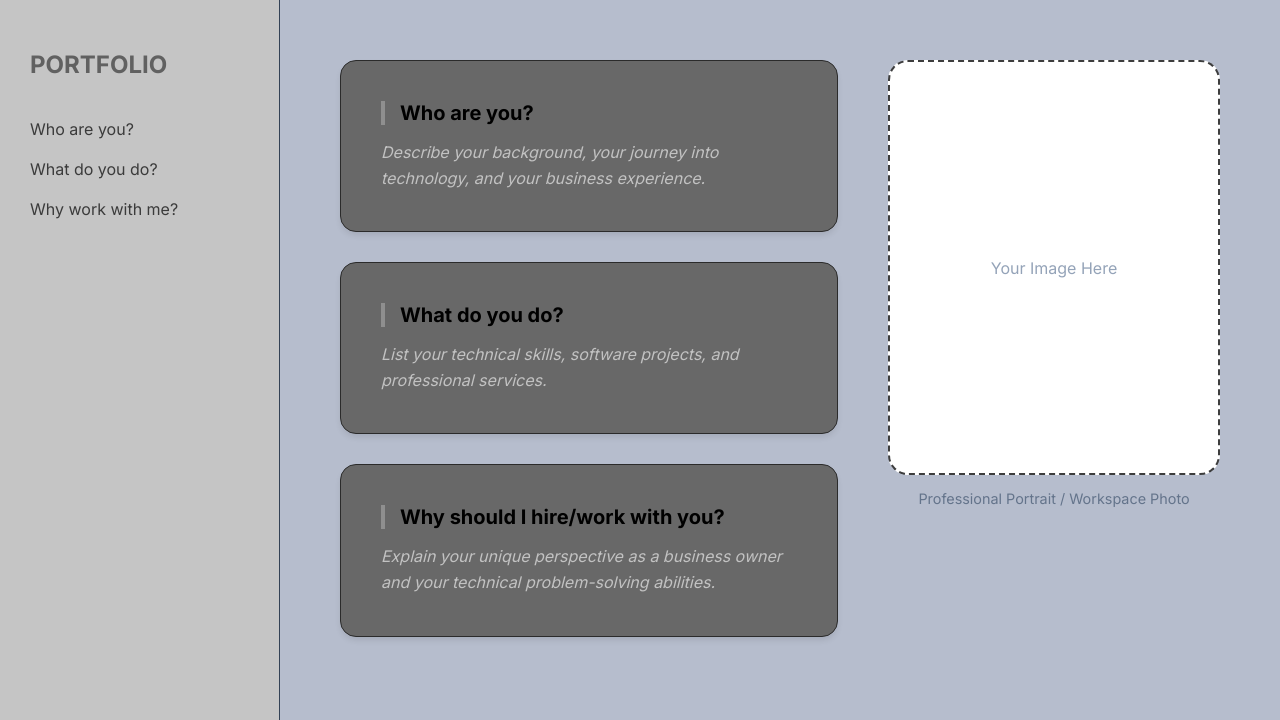
Repository: KevinSamaha/Kevin_Samaha
Page: index.html
These files come from the project's save history. The page is drawn as it stood at one moment and after the next save; the edit follows.
The browser window is 1280 px wide. The pictures show the whole page.

Above is the page before, as saved 2026-05-03 16:18:30.

### index.html
<!DOCTYPE html>
<html lang="en">
<head>
    <meta charset="UTF-8">
    <meta name="viewport" content="width=device-width, initial-scale=1.0">
    <title>Personal Portfolio</title>
    <!-- Linking to your CSS file -->
    <link rel="stylesheet" href="style.css">
    <!-- Google Fonts for a professional look -->
    <link href="https://fonts.googleapis.com/css2?family=Inter:wght@300;400;700&display=swap" rel="stylesheet">
</head>
<body>

    <header>
        <div class="logo">PORTFOLIO</div>
        <nav>
            <ul>
                <li><a href="#who">Who are you?</a></li>
                <li><a href="#what">What do you do?</a></li>
                <li><a href="#why">Why work with me?</a></li>
            </ul>
        </nav>
    </header>

    <main>
        <!-- Left Side: Your Questions -->
        <div class="questions-column">
            <section class="content-box">
                <h2>Who are you?</h2>
                <div class="placeholder">
                    Describe your background, your journey into technology, and your business experience.
                </div>
            </section>

            <section class="content-box">
                <h2>What do you do?</h2>
                <div class="placeholder">
                    List your technical skills, software projects, and professional services.
                </div>
            </section>

            <section class="content-box">
                <h2>Why should I hire/work with you?</h2>
                <div class="placeholder">
                    Explain your unique perspective as a business owner and your technical problem-solving abilities.
                </div>
            </section>
        </div>

        <!-- Right Side: Your Photo -->
        <div class="image-column">
            <div class="profile-container">
                <div class="profile-frame">
                    <!-- To use your photo: replace the span below with <img src="yourphoto.jpg"> -->
                    <span style="color: #94a3b8;">Your Image Here</span>
                </div>
                <p class="image-hint">Professional Portrait / Workspace Photo</p>
            </div>
        </div>
    </main>

</body>
</html>

### style.css
/* General Reset */
* {
    margin: 0;
    padding: 0;
    box-sizing: border-box;
}

body {
    font-family: 'Inter', sans-serif;
    background-color: #b6bdcd; /* Dark Navy */
    color: #636363;
    display: flex;
    min-height: 100vh;
    overflow-x: hidden;
}

/* 1. Sidebar Navigation */
header {
    width: 280px;
    height: 100vh;
    background-color: #c5c5c5;
    border-right: 1px solid #334155;
    padding: 50px 30px;
    position: fixed;
    left: 0;
    top: 0;
    display: flex;
    flex-direction: column;
}

.logo {
    font-size: 1.5rem;
    font-weight: 700;
    color: #616161;
    margin-bottom: 40px;
}

nav ul {
    list-style: none;
}

nav ul li {
    margin-bottom: 20px;
}

nav a {
    text-decoration: none;
    color: #3b3b3b;
    font-size: 1rem;
    transition: color 0.3s ease;
}

nav a:hover {
    color: #848484;
}

/* 2. Main Content Container */
main {
    margin-left: 280px; /* Space for the sidebar */
    width: 100%;
    display: flex;
    padding: 60px;
    gap: 50px;
}

/* Left Column: The Questions */
.questions-column {
    flex: 1.2;
    display: flex;
    flex-direction: column;
    gap: 30px;
}

.content-box {
    background-color: #686868;
    padding: 40px;
    border-radius: 16px;
    border: 1px solid #2b2b2b;
    box-shadow: 0 4px 6px -1px rgba(0, 0, 0, 0.1);
}

h2 {
    font-size: 1.25rem;
    margin-bottom: 15px;
    color: #000000;
    border-left: 4px solid #8f8f8f;
    padding-left: 15px;
}

.placeholder {
    color: #c2c2c2;
    font-style: italic;
    line-height: 1.6;
}

/* Right Column: The Image Area */
.image-column {
    flex: 0.8;
    display: flex;
    justify-content: center;
    align-items: flex-start;
}

.profile-container {
    width: 100%;
    max-width: 400px;
    position: sticky;
    top: 60px;
}

.profile-frame {
    width: 100%;
    aspect-ratio: 4 / 5;
    background-color: #ffffff;
    border: 2px dashed #3d3d3d;
    border-radius: 20px;
    display: flex;
    align-items: center;
    justify-content: center;
    overflow: hidden;
}

.profile-frame img {
    width: 100%;
    height: 100%;
    object-fit: cover;
}

.image-hint {
    color: #64748b;
    text-align: center;
    font-size: 0.9rem;
    margin-top: 15px;
}

/* Responsive design for tablets and phones */
@media (max-width: 1024px) {
    body { flex-direction: column; }
    header { width: 100%; height: auto; position: relative; border-right: none; border-bottom: 1px solid #334155; }
    main { margin-left: 0; flex-direction: column; padding: 30px; }
    .profile-container { position: relative; top: 0; max-width: 100%; }
    .image-column { order: -1; }
}

After the next save:
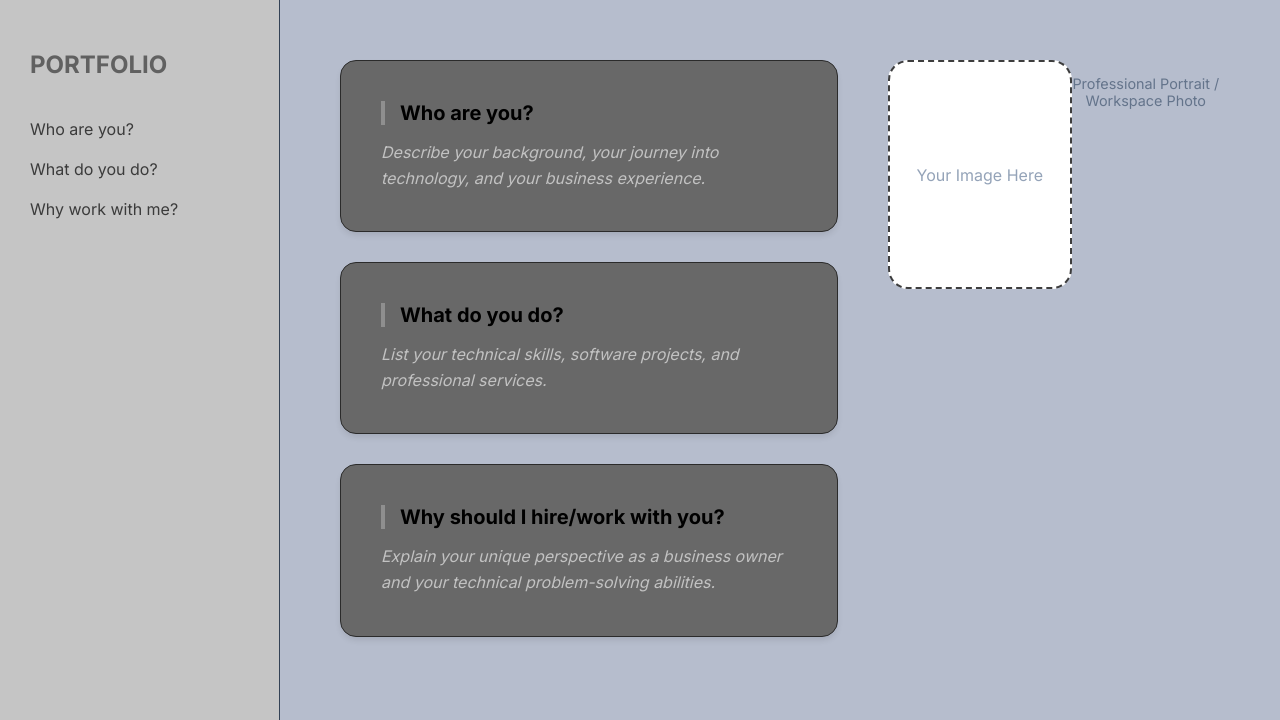
Saved 2 min 7 s later.
--- a/index.html
+++ b/index.html
@@ -48,14 +48,12 @@
         </div>
 
         <!-- Right Side: Your Photo -->
-        <div class="image-column">
-            <div class="profile-container">
+        <div class="image-column", class="profile-container">
                 <div class="profile-frame">
                     <!-- To use your photo: replace the span below with <img src="yourphoto.jpg"> -->
                     <span style="color: #94a3b8;">Your Image Here</span>
                 </div>
                 <p class="image-hint">Professional Portrait / Workspace Photo</p>
-            </div>
         </div>
     </main>
 
